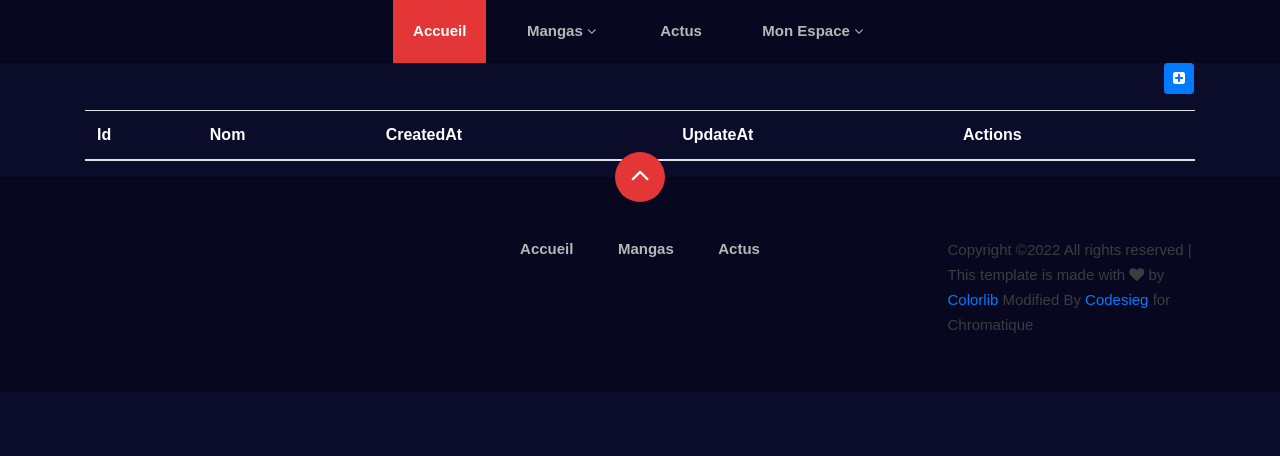
Repository: Codesieg/Chromatique
Page: chromatique/resources/views/admin/browse.blade.php
These files come from the project's save history. The page is drawn as it stood at one moment and after the next save; the edit follows.
The browser window is 1280 px wide. The pictures show the whole page.
Some web fonts or font styles are not loaded; a fallback is used. The page is served by the project's Laravel application, run on PHP 8.4 with Laravel 8. The template is opened directly, without the code that normally fills it, so the values that code supplies are empty.

Above is the page before, as saved 2022-04-03 16:27:04.

After the next save:
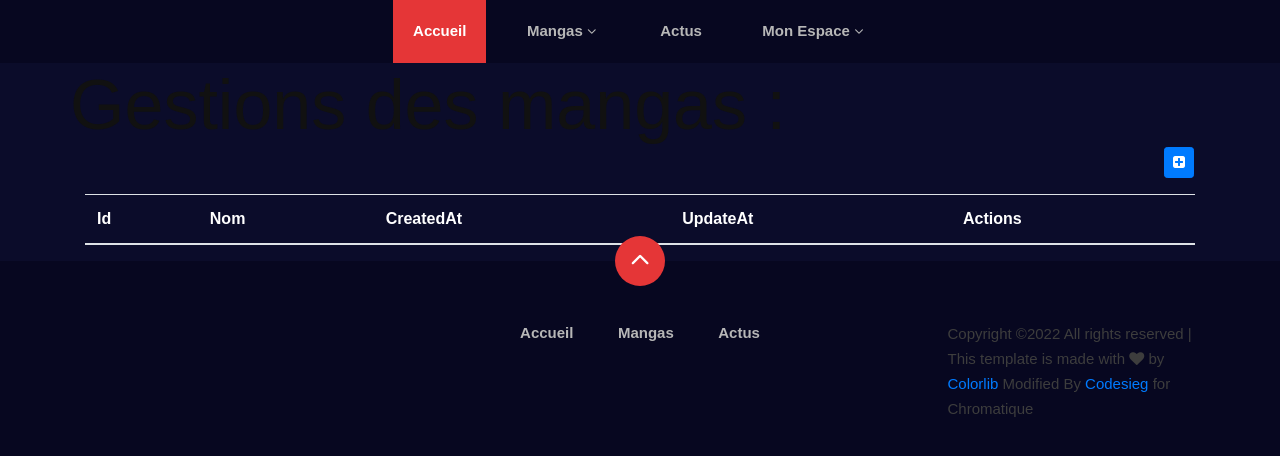
Saved 42 s later.
--- a/chromatique/resources/views/admin/browse.blade.php
+++ b/chromatique/resources/views/admin/browse.blade.php
@@ -3,6 +3,7 @@
 @section('contenu')
 
 <div class="container">
+    <h1> Gestions des mangas : </h1>
     <div class="d-flex justify-content-end mb-3 px-3">
         <button type="button" class="btn btn-primary btn-sm white"><a class="text-decoration-none text-white" href="{{route('admin_form_manga')}}"><i class="fa fa-plus-square white"></i></a></button>
     </div>
